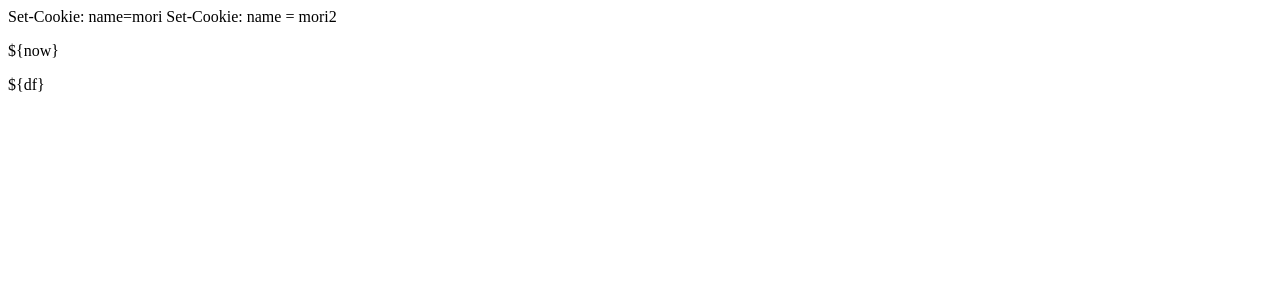
Repository: tttt1213/BIOSversion
Page: main.html
An editor plug-in stored every save of this project. The page is shown before and after the next save, followed by the edit.
The browser window is 1280 px wide. The pictures show the whole page.

Above is the page before, as saved 2023-04-07 15:38:37.

### main.html
Set-Cookie: name=mori
<html>
    <head>
        <meta>Set-Cookie: name = mori2<meta>
        <title>マザーボード一覧</title>
    </head>
    <body>

        <p>${now}</p>
        <p>${df}</p>
    </body>
</html>

After the next save:
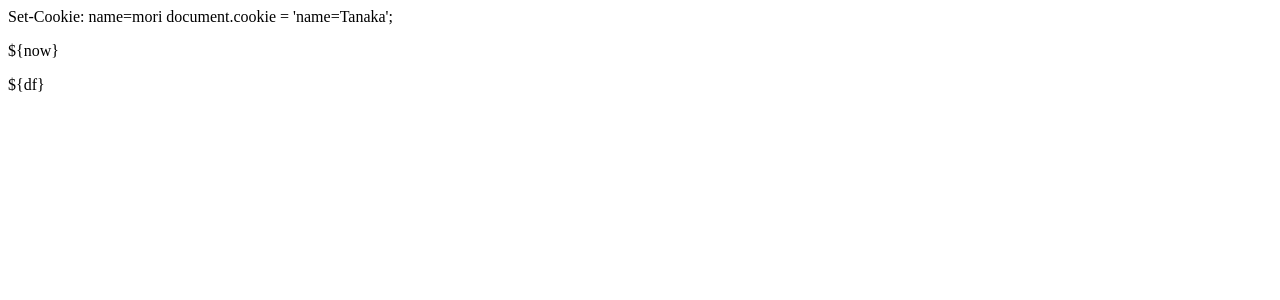
Saved 53 s later.
--- a/main.html
+++ b/main.html
@@ -1,7 +1,7 @@
 Set-Cookie: name=mori
 <html>
     <head>
-        <meta>Set-Cookie: name = mori2<meta>
+        document.cookie = 'name=Tanaka';
         <title>マザーボード一覧</title>
     </head>
     <body>
